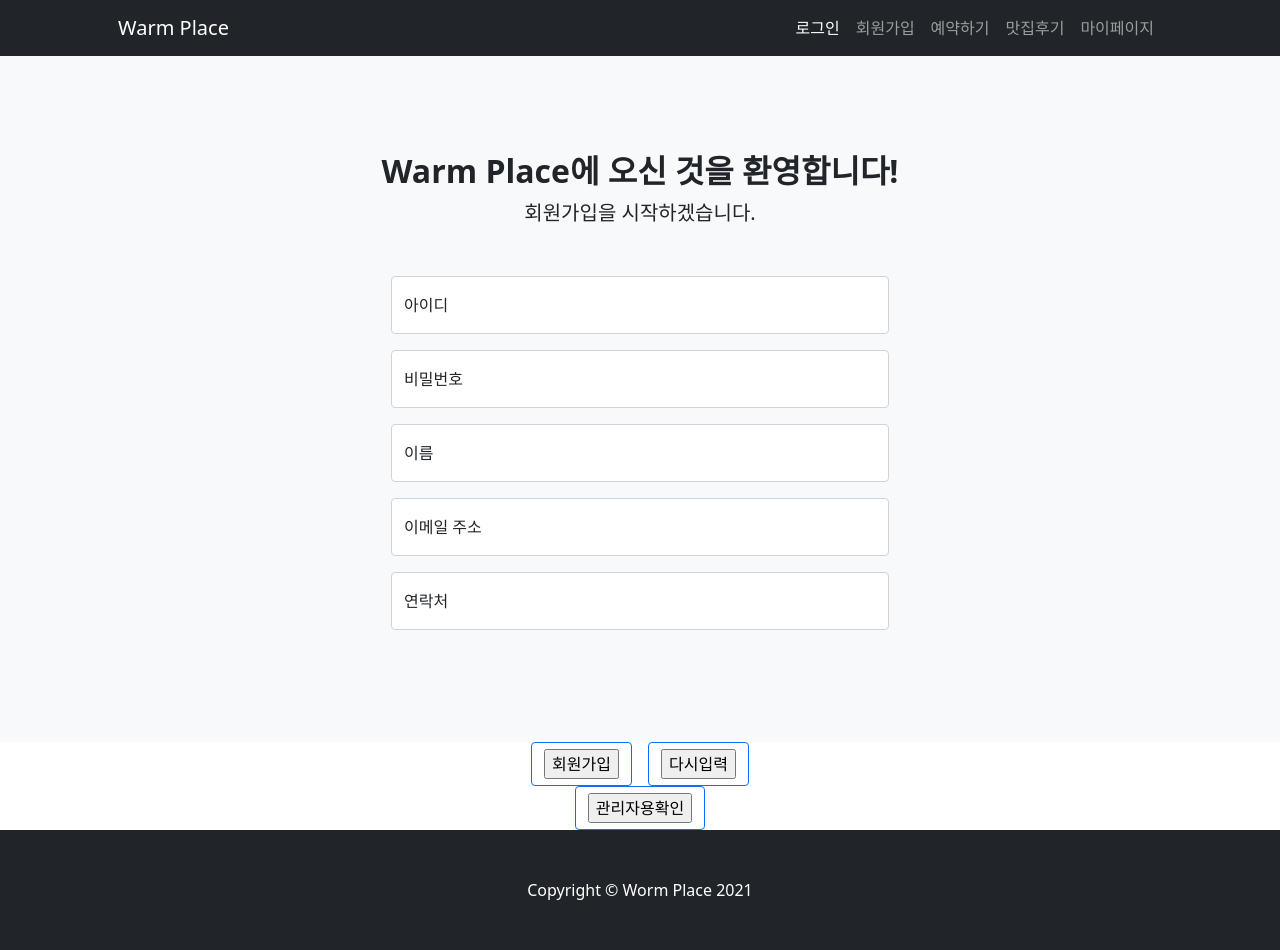
Repository: jaunnnngs/HackaTone
Page: http://localhost/StunProjects/St_Join/st_userJoin.jsp
An editor plug-in stored every save of this project. The page is shown before and after the next save, followed by the edit.
The browser window is 1280 px wide. The pictures show the whole page.
Some web libraries are served in a nearby version. The page is served by Tomcat 9.

Above is the page before, as saved 2021-08-02 07:47:12.

After the next save:
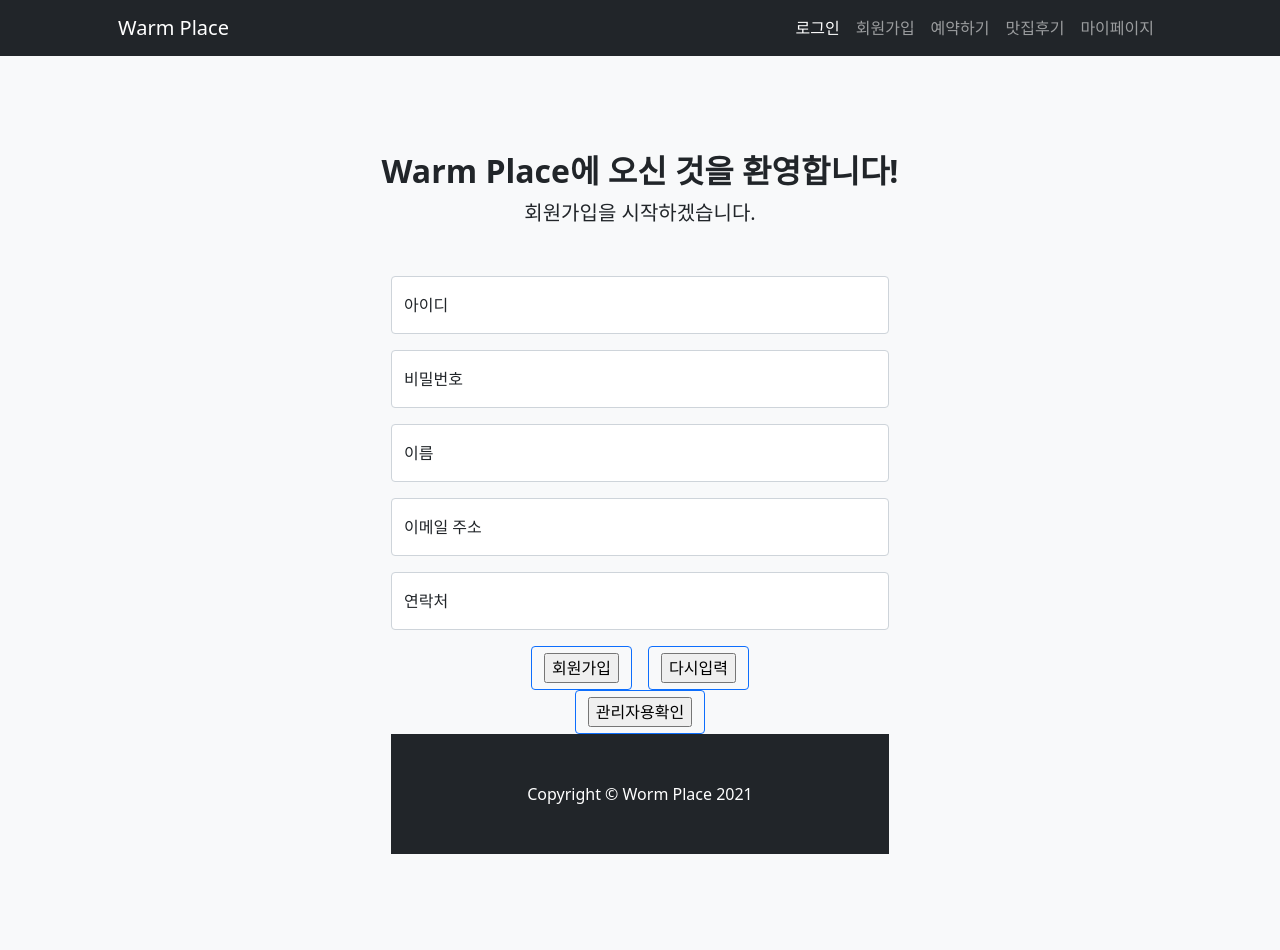
Saved 5 min 32 s later.
--- a/STUN_TEAM/StunProjects/src/main/webapp/St_Join/st_userJoin.jsp
+++ b/STUN_TEAM/StunProjects/src/main/webapp/St_Join/st_userJoin.jsp
@@ -109,11 +109,7 @@
                                 <label for="phonenumber">연락처</label>
                                 <div class="invalid-feedback" data-sb-feedback="phonenumber:required">A phone number is required.</div>
                             </div>
-                           </form>
-                            </div>
-                            </div>
-                            </div>
-                            </section>
+
 
                             <!-- 제출 성공시 뜨는 메세지-->
                             <!---->
